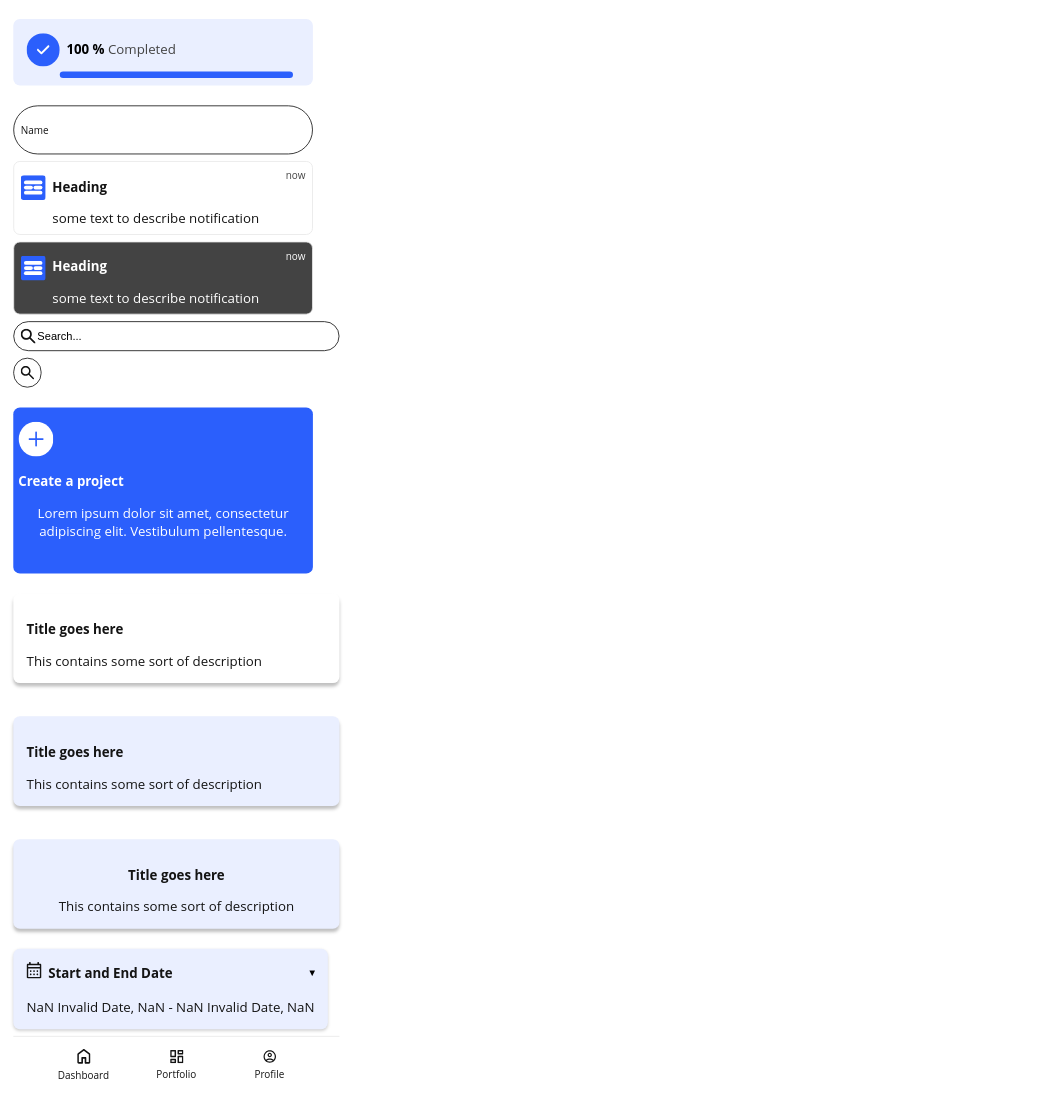
Repository: brunaguarizo/mosaic_app
Page: /
These files come from the project's save history. The page is drawn as it stood at one moment and after the next save; the edit follows.
The browser window is 1280 px wide. The pictures show the whole page, at 83% of full size.
The project was rebuilt for these pictures with package versions that can differ from the ones it lists, and the page was loaded fresh each time. The framework's server and built-in components were replaced by stand-ins that run in the browser. Also part of the build but not shown: next.config.mjs, app/_ui/Button/Button.js, app/_ui/Tag/Tag.js, app/_ui/Project_card/Project_card.js, app/_ui/Date_PopUp/Date_PopUp.module.css, app/_ui/Date_PopUp/Date_PopUp.js.

Above is the page before, as saved 2025-04-18 20:16:26.

### app/globals.css
/* ------------------------------------------------------ GENERAL STYLES ------------------------------------------------------ */
*,
*::before,
*::after {
    box-sizing: inherit;
}

html,
body {
    padding: 0;
    margin: 0;
    font-family: var(--font-family);
    box-sizing: border-box;
}

html {
    display: flex;
    justify-content: center;
    align-items: center;
    width: 393px;
    height: 100%;
    margin: var(--space-regular);
}

.container {
}

.two-column {
    display: grid;
    grid-template-columns: 1fr 1fr;
    gap: var(--space-large);
}

/* ------------------------------------------------------ VARIABLES ------------------------------------------------------ */
:root {
    /* ----- COLORS ----- */
    --blue-primary: rgb(43, 95, 252);
    --blue-50: rgb(234, 239, 255);
    --blue-900: rgb(18, 40, 106);
    --white: #ffffff;
    --black: rgb(20, 20, 20);
    --grey-400: rgb(67, 67, 67);
    --yellow-secondary: rgb(255, 218, 1);
    --orange-secondary: rgb(255, 94, 9);
    --green-secondary: rgb(0, 193, 79);
    --purple-secondary: rgb(154, 65, 255);

    /* ----- TYPE ----- */
    --font-family: "Open Sans", sans-serif;

    --header-xxlarge-size: 88px;
    --title-section-font-size: 30px;
    --button-font-size: 24px;
    --body-text-font-size: 20px;
    --menu-font-size: 16px;
    --label-font-size: 12px;

    --font-style-normal: normal;
    --font-weight-bold: bold;

    --line-height-xxlarge: 100px;
    --line-height-large: 36px;
    --line-height-medium: 28px;
    --line-height-small: 20px;

    /* ----- SPACING ----- */
    --space-small: 8px;
    --space-regular: 16px;
    --space-medium: 32px;
    --space-large: 48px;
    --space-extra-large: 140px;
}

### app/_ui/Input_Box/Input_Box.js
import classNames from "classnames";
import styles from "./Input_Box.module.css";

function SingleInput({ inputName, placeholder, type }) {
    const InputClasses = classNames(styles.primary, {
        [styles.secondary]: type === "secondary",
    });

    const InputHeaderClasses = classNames(styles.input_name, {
        [styles.hidden]: type === "secondary",
    });

    return (
        <div className={InputClasses}>
            <p className={styles.input_name}>{inputName}</p>
            <input
                className={InputHeaderClasses}
                type='text'
                defaultValueValue={placeholder}
            />
        </div>
    );
}

export default SingleInput;

### app/_ui/Button/Button.module.css
.button {
    font-family: var(--font-family);
    font-size: var(--font-size-regular);
    font-weight: var(--font-weight-bold);
    width: 100%;
    padding-top: var(--space-small);
    padding-left: var(--space-regular);
    padding-right: var(--space-regular);
    padding-bottom: var(--space-small);
    border-radius: 100px;
    align-items: center;
    border: none;

    &:hover {
        background-color: var(--blue-900);
        color: var(--white);
    }
}

.primary {
    background: var(--blue-primary);
    color: var(--white);
}

.secondary {
    background-color: var(--white);
    border: 1px solid var(--blue-primary);
    color: var(--blue-primary);
}

.disabled {
    pointer-events: none;
    color: var(--white);
    background-color: var(--blue-100);
}

.small {
    font-size: var(--font-size-small);
    padding: var(--space-small);
    align-items: center;
}

.large {
    font-size: var(--font-size-large);
    padding: var(--space-regular);
}

.error {
    background-color: var(--orange-secondary);
}

/* ------------------------------------------------------ VARIABLES ------------------------------------------------------ */
:root {
    /* ----- COLORS ----- */
    --blue-primary: rgb(43, 95, 252);
    --blue-50: rgb(234, 239, 255);
    --blue-100: #bdcdfe;
    --blue-900: rgb(18, 40, 106);
    --white: #ffffff;
    --black: rgb(20, 20, 20);
    --grey-400: rgb(67, 67, 67);
    --yellow-secondary: rgb(255, 218, 1);
    --orange-secondary: rgb(255, 94, 9);
    --green-secondary: rgb(0, 193, 79);
    --purple-secondary: rgb(154, 65, 255);

    /* ----- TYPE ----- */
    --font-family: "Open Sans", sans-serif;

    --font-size-extra-large: 30px;
    --font-size-large: 24px;
    --font-size-medium: 20px;
    --font-size-regular: 16px;
    --font-size-small: 12px;

    --font-style-normal: normal;
    --font-weight-bold: bold;

    --line-height-xxlarge: 100px;
    --line-height-large: 36px;
    --line-height-medium: 28px;
    --line-height-small: 20px;

    /* ----- SPACING ----- */
    --space-small: 8px;
    --space-regular: 16px;
    --space-medium: 32px;
    --space-large: 48px;
    --space-extra-large: 140px;
}

### app/_ui/Date_Card/Date_Card.module.css
.card {
    background-color: var(--blue-50);
    border-radius: var(--space-small);
    padding: var(--space-regular);
    gap: var(--space-regular);
    box-shadow: 0 2px 4px rgba(0, 0, 0, 0.2);
    font-family: var(--font-family);
    cursor: pointer;
    display: flex;
    flex-direction: column;
    width: fit-content;
}

.header {
    display: flex;
    align-items: center;
    gap: var(--space-small);
    font-size: var(--font-size-regular);
    font-weight: var(--font-weight-bold);
    color: var(--black);
}

.label {
    flex-grow: 1;
}

.arrow {
    font-size: var(--font-size-small);
    color: black;
}

.arrow:hover {
    font-size: var(--font-size-small);
    color: var(--blue-primary);
}

.dateRange {
    margin-top: 2px;
    font-size: var(--font-size-regular);
    color: var(--black);
}

/* ------------------------------------------------------ VARIABLES ------------------------------------------------------ */
:root {
    /* ----- COLORS ----- */
    --blue-primary: rgb(43, 95, 252);
    --blue-50: rgb(234, 239, 255);
    --blue-100: #bdcdfe;
    --blue-900: rgb(18, 40, 106);
    --white: #ffffff;
    --black: rgb(20, 20, 20);
    --grey-400: rgb(67, 67, 67);
    --yellow-secondary: rgb(255, 218, 1);
    --orange-secondary: rgb(255, 94, 9);
    --green-secondary: rgb(0, 193, 79);
    --purple-secondary: rgb(154, 65, 255);

    /* ----- TYPE ----- */
    --font-family: "Open Sans", sans-serif;

    --font-size-extra-large: 30px;
    --font-size-large: 24px;
    --font-size-medium: 20px;
    --font-size-regular: 16px;
    --font-size-small: 12px;

    --font-style-normal: normal;
    --font-weight-bold: bold;

    --line-height-xxlarge: 100px;
    --line-height-large: 36px;
    --line-height-medium: 28px;
    --line-height-small: 20px;

    /* ----- SPACING ----- */
    --space-small: 8px;
    --space-regular: 16px;
    --space-medium: 32px;
    --space-large: 48px;
    --space-extra-large: 140px;
}

### app/_ui/Create_Project_Button/Create_Project_Button.module.css
.button_background {
    background-color: var(--blue-primary);
    border-radius: var(--space-small);
    border: none;
    width: 361px;
    height: 200px;
    display: flex;
    flex-direction: column;
    margin-top: var(--space-regular);
}

.button_icon {
    width: 42px;
    height: 42px;
    align-self: center;
    box-sizing: content-box;
    margin-top: var(--space-regular);
}

.button_heading {
    text-align: center;
    font-family: "Open Sans", sans-serif;
    font-size: var(--menu-font-size);
    font-weight: var(--font-weight-bold);
    color: white;
    padding: 0px;
    border: 0px;
    margin-top: var(--space-regular);
    margin-bottom: 0px;
}

.button_description {
    font-family: "Open Sans", sans-serif;
    font-size: var(--menu-font-size);
    font-style: var(--font-weight-normal);
    color: white;
    border: 0px;
    padding: 0px;
    margin-top: var(--space-regular);
    margin-bottom: 0px;
}
/* ------------------------------------------------------ VARIABLES ------------------------------------------------------ */
:root {
    /* ----- COLORS ----- */
    --blue-primary: rgb(43, 95, 252);
    --blue-50: rgb(234, 239, 255);
    --blue-900: rgb(18, 40, 106);
    --white: #ffffff;
    --grey-50: #e8e8e8;
    --black: rgb(20, 20, 20);
    --grey-400: rgb(67, 67, 67);
    --yellow-secondary: rgb(255, 218, 1);
    --orange-secondary: rgb(255, 94, 9);
    --green-secondary: rgb(0, 193, 79);
    --purple-secondary: rgb(154, 65, 255);

    /* ----- TYPE ----- */
    --font-family: "Open Sans", sans-serif;

    --header-xxlarge-size: 88px;
    --title-section-font-size: 30px;
    --button-font-size: 24px;
    --body-text-font-size: 20px;
    --menu-font-size: 16px;
    --label-font-size: 12px;

    --font-style-normal: normal;
    --font-weight-bold: bold;

    --line-height-xxlarge: 100px;
    --line-height-large: 36px;
    --line-height-medium: 28px;
    --line-height-small: 20px;

    /* ----- SPACING ----- */
    --space-small: 8px;
    --space-regular: 16px;
    --space-medium: 32px;
    --space-large: 48px;
    --space-extra-large: 140px;
}

### app/_ui/Search_Bar/Search_Bar.module.css
.primary {
    border: 1px solid var(--black);
    padding: var(--space-small);
    box-sizing: content-box;
    display: flex;
    flex-direction: row;
    border-radius: var(--border-radius-large);
}

.secondary {
    border: 1px solid var(--black);
    border-radius: var(--border-radius-large);
    width: var(--space-regular);
}

.visible {
    border: none;
}
.invisible {
    display: none;
}

.search_item {
    border: none;
}

.search_item:focus {
    outline: none;
    box-shadow: none;
}

/* ------------------------------------------------------ VARIABLES ------------------------------------------------------ */
:root {
    /* ----- COLORS ----- */
    --blue-primary: rgb(43, 95, 252);
    --blue-50: rgb(234, 239, 255);
    --blue-900: rgb(18, 40, 106);
    --white: #ffffff;
    --grey-50: #e8e8e8;
    --black: rgb(20, 20, 20);
    --grey-400: rgb(67, 67, 67);
    --yellow-secondary: rgb(255, 218, 1);
    --orange-secondary: rgb(255, 94, 9);
    --green-secondary: rgb(0, 193, 79);
    --purple-secondary: rgb(154, 65, 255);

    /* ----- BORDER RADIUS ----- */
    --border-radius-large: 100px;

    /* ----- TYPE ----- */
    --font-family: "Open Sans", sans-serif;

    --header-xxlarge-size: 88px;
    --title-section-font-size: 30px;
    --button-font-size: 24px;
    --body-text-font-size: 20px;
    --menu-font-size: 16px;
    --label-font-size: 12px;

    --font-style-normal: normal;
    --font-weight-bold: bold;

    --line-height-xxlarge: 100px;
    --line-height-large: 36px;
    --line-height-medium: 28px;
    --line-height-small: 20px;

    /* ----- SPACING ----- */
    --space-small: 8px;
    --space-regular: 16px;
    --space-medium: 32px;
    --space-large: 48px;
    --space-extra-large: 140px;
}

### app/_ui/Heading_Bar/Heading_Bar.module.css
.contentInner {
    display: flex;
    flex-direction: column;
    gap: var(--space-regular);
}

.row {
    display: flex;
    align-items: center;
}

.heading {
    flex-grow: 1;
    text-align: center;
    font-weight: var(--font-weight-normal);
    font-size: var(--button-font-size);
}

.icon {
    color: var(--blue-50);
    display: flex;
    align-items: center;
    justify-content: center;
}
.visible {
    display: flex;
}

.hidden {
    display: none;
}

.iconButton {
    background: none;
    border: none;
    color: var(--blue-50);
    display: flex;
    align-items: center;
    justify-content: center;
    padding: var(--space-small);
}

.iconButton:hover {
    background-color: var(--blue-50);
    border-radius: var(--border-radius-large);
}

.pagination {
    flex-grow: 1;
    text-align: right;
    color: var(--black);
    font-size: var(--menu-font-size);
    padding-right: var(--space-small);
}
/* ------------------------------------------------------ VARIABLES ------------------------------------------------------ */
:root {
    /* ----- COLORS ----- */
    --blue-primary: rgb(43, 95, 252);
    --blue-50: rgb(234, 239, 255);
    --blue-900: rgb(18, 40, 106);
    --white: #ffffff;
    --grey-50: #e8e8e8;
    --black: rgb(20, 20, 20);
    --grey-400: rgb(67, 67, 67);
    --yellow-secondary: rgb(255, 218, 1);
    --orange-secondary: rgb(255, 94, 9);
    --green-secondary: rgb(0, 193, 79);
    --purple-secondary: rgb(154, 65, 255);

    /* ----- BORDER RADIUS ----- */
    --border-radius-large: 100px;

    /* ----- TYPE ----- */
    --font-family: "Open Sans", sans-serif;

    --header-xxlarge-size: 88px;
    --title-section-font-size: 30px;
    --button-font-size: 24px;
    --body-text-font-size: 20px;
    --menu-font-size: 16px;
    --label-font-size: 12px;

    --font-style-normal: normal;
    --font-weight-bold: bold;

    --line-height-xxlarge: 100px;
    --line-height-large: 36px;
    --line-height-medium: 28px;
    --line-height-small: 20px;

    /* ----- SPACING ----- */
    --space-small: 8px;
    --space-regular: 16px;
    --space-medium: 32px;
    --space-large: 48px;
    --space-extra-large: 140px;
}

### app/_ui/Progress_Bar/Progress_Bar.module.css
.background {
    background-color: var(--blue-50);
    display: flex;
    flex-direction: row;
    border-radius: var(--space-small);
    align-items: center;
    padding: 16px;
    width: 361px;
    height: 80px;
    margin-top: var(--space-regular);
}
.icon {
    color: var(--blue-primary);
}

.content_row {
    display: flex;
    flex-direction: column;
}

.bar_text {
    display: flex;
    flex-direction: row;
    align-items: center;
}
.bar_completion,
.bar_amount {
    font-family: var(--font-family);
}
.bar_completion {
    color: var(--grey-400);
}
.bar_amount {
    font-size: var(--menu-font-size);
    padding-right: 4px;
}
.bar_text {
    padding-left: var(--space-small);
}

.bar {
    background-color: var(--blue-primary);
    width: 281px;
    height: var(--space-small);
    border-radius: var(--space-small);
}

/* ------------------------------------------------------ VARIABLES ------------------------------------------------------ */
:root {
    /* ----- COLORS ----- */
    --blue-primary: rgb(43, 95, 252);
    --blue-50: rgb(234, 239, 255);
    --blue-900: rgb(18, 40, 106);
    --white: #ffffff;
    --grey-50: #e8e8e8;
    --black: rgb(20, 20, 20);
    --grey-400: rgb(67, 67, 67);
    --yellow-secondary: rgb(255, 218, 1);
    --orange-secondary: rgb(255, 94, 9);
    --green-secondary: rgb(0, 193, 79);
    --purple-secondary: rgb(154, 65, 255);

    /* ----- TYPE ----- */
    --font-family: "Open Sans", sans-serif;

    --header-xxlarge-size: 88px;
    --title-section-font-size: 30px;
    --button-font-size: 24px;
    --body-text-font-size: 20px;
    --menu-font-size: 16px;
    --label-font-size: 12px;

    --font-style-normal: normal;
    --font-weight-bold: bold;

    --line-height-xxlarge: 100px;
    --line-height-large: 36px;
    --line-height-medium: 28px;
    --line-height-small: 20px;

    /* ----- SPACING ----- */
    --space-small: 8px;
    --space-regular: 16px;
    --space-medium: 32px;
    --space-large: 48px;
    --space-extra-large: 140px;
}

### app/_ui/Input_Box/Input_Box.module.css
.primary {
    border: 1px solid var(--black);
    border-radius: 100px;
    width: 361px;
}

.hidden {
    display: none;
}

.secondary {
    border: 1px solid var(--black);
    padding: 8px;
    margin-top: var(--space-regular);
    border-radius: 100px;
    width: 361px;
}

.input_name {
    font-family: var(--font-family);
    font-size: var(--label-font-size);
    color: var(--black);
}

/* ------------------------------------------------------ VARIABLES ------------------------------------------------------ */
:root {
    /* ----- COLORS ----- */
    --blue-primary: rgb(43, 95, 252);
    --blue-50: rgb(234, 239, 255);
    --blue-900: rgb(18, 40, 106);
    --white: #ffffff;
    --grey-50: #e8e8e8;
    --black: rgb(20, 20, 20);
    --grey-400: rgb(67, 67, 67);
    --yellow-secondary: rgb(255, 218, 1);
    --orange-secondary: rgb(255, 94, 9);
    --green-secondary: rgb(0, 193, 79);
    --purple-secondary: rgb(154, 65, 255);

    /* ----- TYPE ----- */
    --font-family: "Open Sans", sans-serif;

    --header-xxlarge-size: 88px;
    --title-section-font-size: 30px;
    --button-font-size: 24px;
    --body-text-font-size: 20px;
    --menu-font-size: 16px;
    --label-font-size: 12px;

    --font-style-normal: normal;
    --font-weight-bold: bold;

    --line-height-xxlarge: 100px;
    --line-height-large: 36px;
    --line-height-medium: 28px;
    --line-height-small: 20px;

    /* ----- SPACING ----- */
    --space-small: 8px;
    --space-regular: 16px;
    --space-medium: 32px;
    --space-large: 48px;
    --space-extra-large: 140px;
}

### app/_ui/Tag/Tag.module.css
.tag {
    font-family: var(--font-family);
    font-size: var(--font-size-small);
    font-weight: var(--font-weight-regular);
    width: 80px;
    padding: var(--space-extra-small);
    border-radius: 100px;
    border: none;
    background-color: var(--orange-secondary);

    display: flex;
    justify-content: center;
    align-items: center;
    text-align: center;
}

/* ------------------------------------------------------ VARIABLES ------------------------------------------------------ */
:root {
    /* ----- COLORS ----- */
    --blue-primary: rgb(43, 95, 252);
    --blue-50: rgb(234, 239, 255);
    --blue-100: #bdcdfe;
    --blue-900: rgb(18, 40, 106);
    --white: #ffffff;
    --black: rgb(20, 20, 20);
    --grey-400: rgb(67, 67, 67);
    --yellow-secondary: rgb(255, 218, 1);
    --orange-secondary: rgb(255, 94, 9);
    --green-secondary: rgb(0, 193, 79);
    --purple-secondary: rgb(154, 65, 255);

    /* ----- TYPE ----- */
    --font-family: "Open Sans", sans-serif;

    --font-size-extra-large: 30px;
    --font-size-large: 24px;
    --font-size-medium: 20px;
    --font-size-regular: 16px;
    --font-size-small: 12px;

    --font-style-normal: normal;
    --font-weight-bold: bold;

    --line-height-xxlarge: 100px;
    --line-height-large: 36px;
    --line-height-medium: 28px;
    --line-height-small: 20px;

    /* ----- SPACING ----- */
    --space-extra-small: 4px;
    --space-small: 8px;
    --space-regular: 16px;
    --space-medium: 32px;
    --space-large: 48px;
    --space-extra-large: 140px;
}

Loaded but not shown: app/layout.js (common file); app/_ui/Heading_Bar/Heading_Bar.js (110 lines, source omitted); app/_ui/navbar/navbar.js (56 lines, source omitted); app/_ui/Date_Card/Date_Card.js (50 lines, source omitted); app/page.js (80 lines, source omitted); app/_ui/Search_Bar/Search_Bar.js (36 lines, source omitted); app/_ui/Create_Project_Button/Create_Project_Button.js (38 lines, source omitted); app/_ui/Progress_Bar/Progress_Bar.js (38 lines, source omitted); app/_ui/Notification_Box/Notification_Box.js (37 lines, source omitted); app/_ui/Description_Box/Description_Box.js (18 lines, source omitted); app/page.module.css (174 lines, source omitted); app/_ui/Description_Box/Description_Box.module.css (94 lines, source omitted); app/_ui/Notification_Box/Notification_Box.module.css (107 lines, source omitted); app/_ui/Project_card/Project_card.module.css (102 lines, source omitted); app/_ui/navbar/navbar.module.css (93 lines, source omitted)

After the next save:
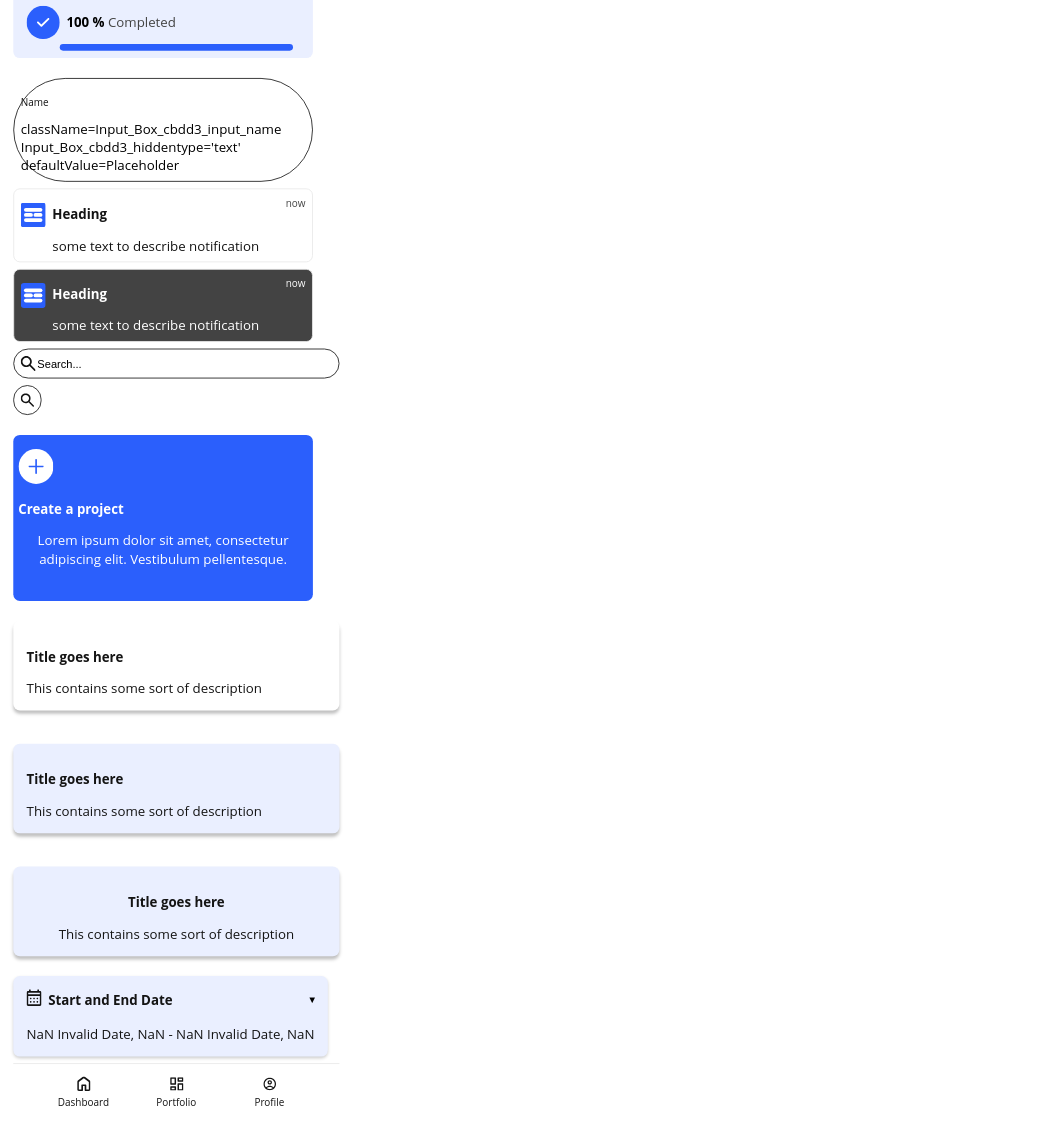
Saved 65 s later.
--- a/app/_ui/Input_Box/Input_Box.js
+++ b/app/_ui/Input_Box/Input_Box.js
@@ -13,11 +13,8 @@
     return (
         <div className={InputClasses}>
             <p className={styles.input_name}>{inputName}</p>
-            <input
-                className={InputHeaderClasses}
-                type='text'
-                defaultValueValue={placeholder}
-            />
+            className={InputHeaderClasses}
+            type='text' defaultValue={placeholder}
         </div>
     );
 }

After the save that followed:
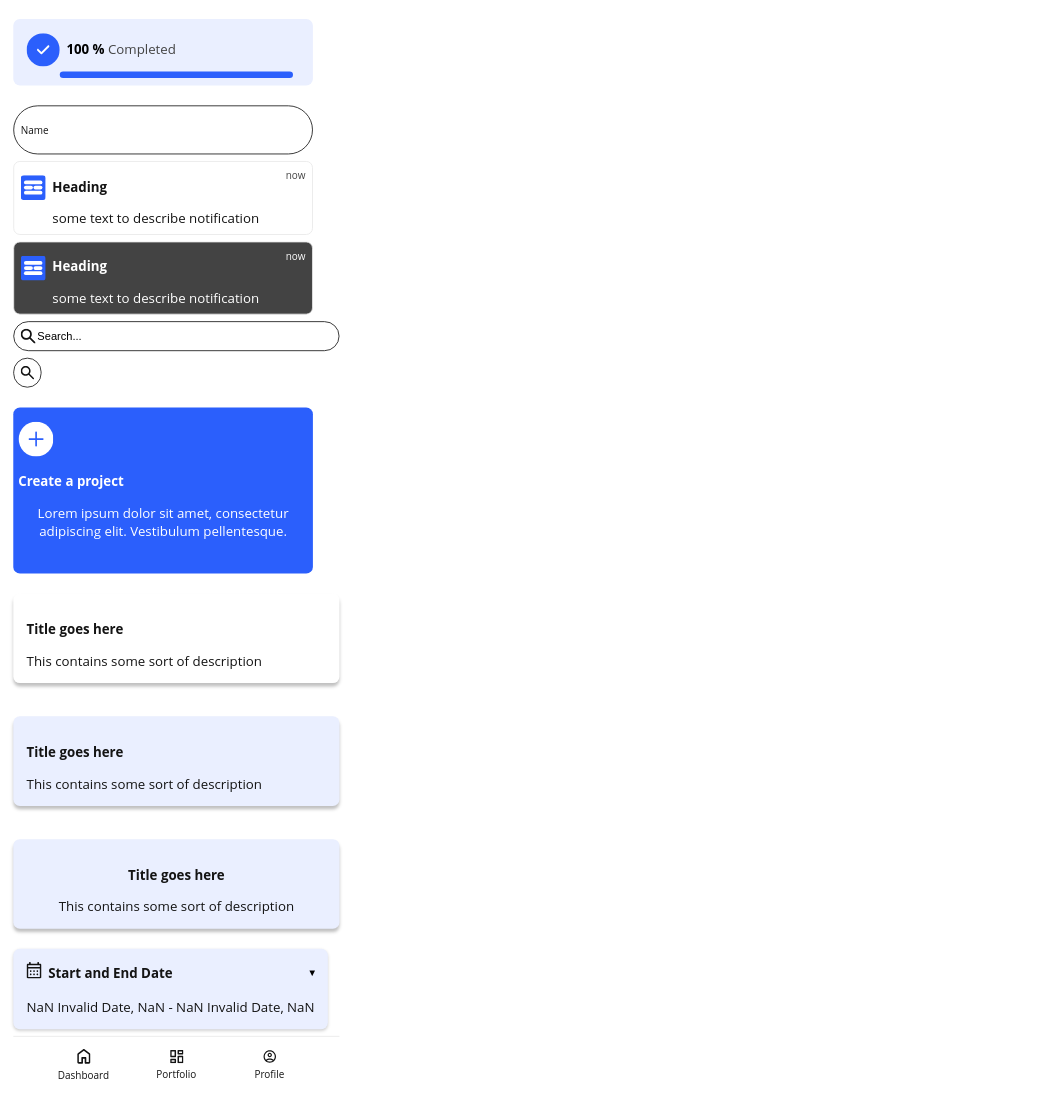
Saved 20 s later.
--- a/app/_ui/Input_Box/Input_Box.js
+++ b/app/_ui/Input_Box/Input_Box.js
@@ -13,8 +13,11 @@
     return (
         <div className={InputClasses}>
             <p className={styles.input_name}>{inputName}</p>
-            className={InputHeaderClasses}
-            type='text' defaultValue={placeholder}
+            <input
+                className={InputHeaderClasses}
+                type='text'
+                defaultValue={placeholder}
+            />
         </div>
     );
 }
